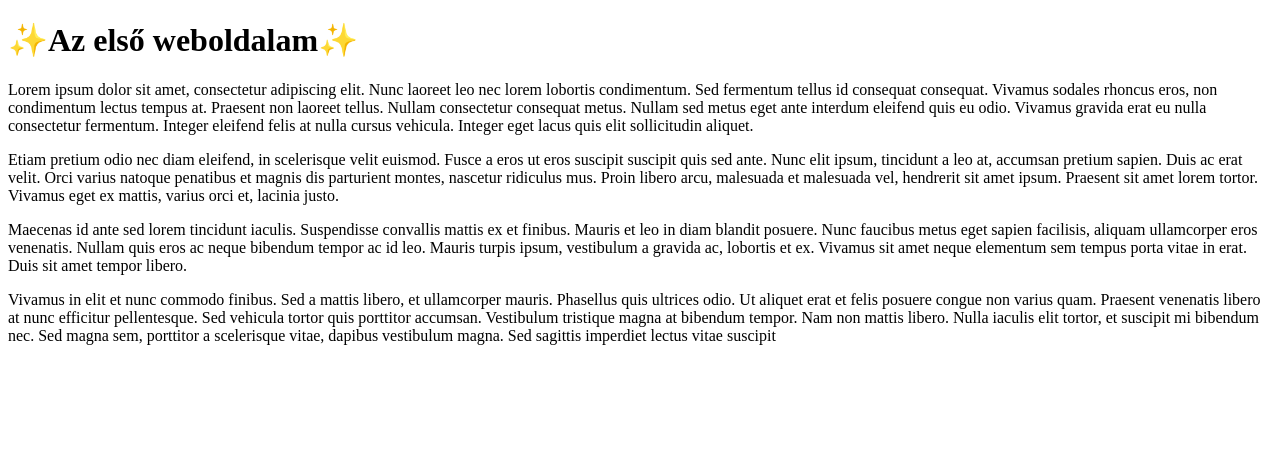
Repository: doomhyena/Web
Page: 03.óra/index.html
These files come from the project's save history. The page is drawn as it stood at one moment and after the next save; the edit follows.
The browser window is 1280 px wide. The pictures show the whole page.

Above is the page before, as saved 2024-09-19 12:40:14.

### 03.óra/index.html
<!DOCTYPE html>
<html>
   <head>
       <title>Oldalam neve</title>
       <meta charset='UTF-8'>
       <meta name='description' content='Rövid leírás az oldal tartalmáról'>
       <meta name='keywords' content='Keresést, Segítő, Szavak, Vesszővel, Elválasztva'>
       <meta name='author' content='Neved'>
       <meta name='viewport' content='width=device-width, initial-scale=1.0'>
   </head>
   <body>
    <h1>✨Az első weboldalam✨</h1>
    <p>Lorem ipsum dolor sit amet, consectetur adipiscing elit. Nunc laoreet leo nec lorem lobortis condimentum. Sed fermentum tellus id consequat consequat. Vivamus sodales rhoncus eros, non condimentum lectus tempus at. Praesent non laoreet tellus. Nullam consectetur consequat metus. Nullam sed metus eget ante interdum eleifend quis eu odio. Vivamus gravida erat eu nulla consectetur fermentum. Integer eleifend felis at nulla cursus vehicula. Integer eget lacus quis elit sollicitudin aliquet. </p>
    <p>Etiam pretium odio nec diam eleifend, in scelerisque velit euismod. Fusce a eros ut eros suscipit suscipit quis sed ante. Nunc elit ipsum, tincidunt a leo at, accumsan pretium sapien. Duis ac erat velit. Orci varius natoque penatibus et magnis dis parturient montes, nascetur ridiculus mus. Proin libero arcu, malesuada et malesuada vel, hendrerit sit amet ipsum. Praesent sit amet lorem tortor. Vivamus eget ex mattis, varius orci et, lacinia justo.</p>
    <p>Maecenas id ante sed lorem tincidunt iaculis. Suspendisse convallis mattis ex et finibus. Mauris et leo in diam blandit posuere. Nunc faucibus metus eget sapien facilisis, aliquam ullamcorper eros venenatis. Nullam quis eros ac neque bibendum tempor ac id leo. Mauris turpis ipsum, vestibulum a gravida ac, lobortis et ex. Vivamus sit amet neque elementum sem tempus porta vitae in erat. Duis sit amet tempor libero.</p>
    <p>Vivamus in elit et nunc commodo finibus. Sed a mattis libero, et ullamcorper mauris. Phasellus quis ultrices odio. Ut aliquet erat et felis posuere congue non varius quam. Praesent venenatis libero at nunc efficitur pellentesque. Sed vehicula tortor quis porttitor accumsan. Vestibulum tristique magna at bibendum tempor. Nam non mattis libero. Nulla iaculis elit tortor, et suscipit mi bibendum nec. Sed magna sem, porttitor a scelerisque vitae, dapibus vestibulum magna. Sed sagittis imperdiet lectus vitae suscipit</p>
    <p></p>
   </body>
</html>

After the next save:
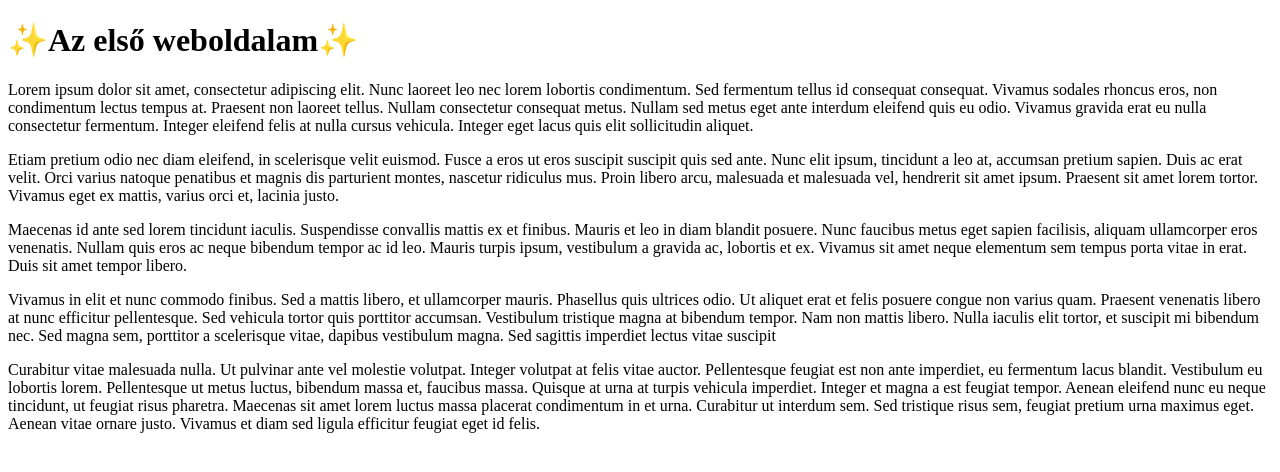
Saved 16 s later.
--- a/03.óra/index.html
+++ b/03.óra/index.html
@@ -14,6 +14,9 @@
     <p>Etiam pretium odio nec diam eleifend, in scelerisque velit euismod. Fusce a eros ut eros suscipit suscipit quis sed ante. Nunc elit ipsum, tincidunt a leo at, accumsan pretium sapien. Duis ac erat velit. Orci varius natoque penatibus et magnis dis parturient montes, nascetur ridiculus mus. Proin libero arcu, malesuada et malesuada vel, hendrerit sit amet ipsum. Praesent sit amet lorem tortor. Vivamus eget ex mattis, varius orci et, lacinia justo.</p>
     <p>Maecenas id ante sed lorem tincidunt iaculis. Suspendisse convallis mattis ex et finibus. Mauris et leo in diam blandit posuere. Nunc faucibus metus eget sapien facilisis, aliquam ullamcorper eros venenatis. Nullam quis eros ac neque bibendum tempor ac id leo. Mauris turpis ipsum, vestibulum a gravida ac, lobortis et ex. Vivamus sit amet neque elementum sem tempus porta vitae in erat. Duis sit amet tempor libero.</p>
     <p>Vivamus in elit et nunc commodo finibus. Sed a mattis libero, et ullamcorper mauris. Phasellus quis ultrices odio. Ut aliquet erat et felis posuere congue non varius quam. Praesent venenatis libero at nunc efficitur pellentesque. Sed vehicula tortor quis porttitor accumsan. Vestibulum tristique magna at bibendum tempor. Nam non mattis libero. Nulla iaculis elit tortor, et suscipit mi bibendum nec. Sed magna sem, porttitor a scelerisque vitae, dapibus vestibulum magna. Sed sagittis imperdiet lectus vitae suscipit</p>
+    <p>
+
+        Curabitur vitae malesuada nulla. Ut pulvinar ante vel molestie volutpat. Integer volutpat at felis vitae auctor. Pellentesque feugiat est non ante imperdiet, eu fermentum lacus blandit. Vestibulum eu lobortis lorem. Pellentesque ut metus luctus, bibendum massa et, faucibus massa. Quisque at urna at turpis vehicula imperdiet. Integer et magna a est feugiat tempor. Aenean eleifend nunc eu neque tincidunt, ut feugiat risus pharetra. Maecenas sit amet lorem luctus massa placerat condimentum in et urna. Curabitur ut interdum sem. Sed tristique risus sem, feugiat pretium urna maximus eget. Aenean vitae ornare justo. Vivamus et diam sed ligula efficitur feugiat eget id felis. </p>
     <p></p>
    </body>
 </html>
